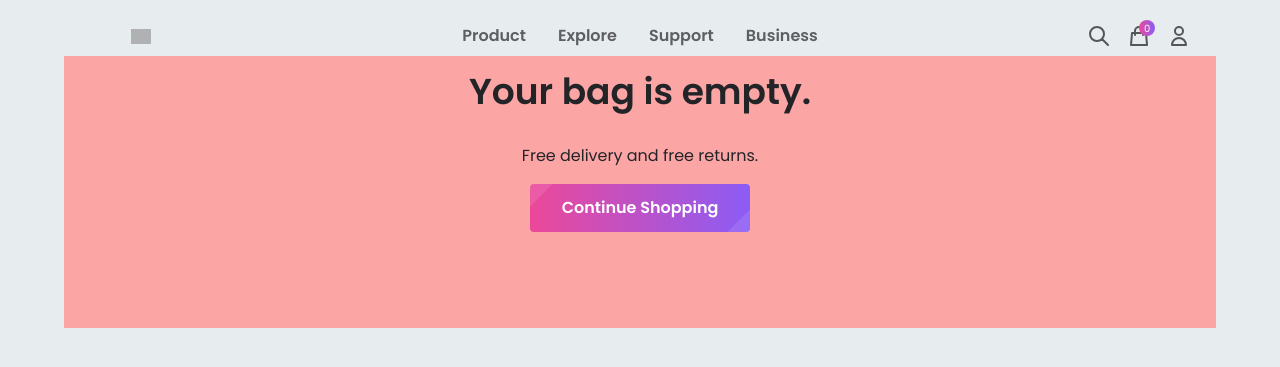
Repository: aliamini1422/semiAppleSite
Page: /checkout
An editor plug-in stored every save of this project. The page is shown before and after the next save, followed by the edit.
The browser window is 1280 px wide. The pictures show the whole page.
Pictures or frames that could not be fetched are drawn as grey boxes. The page's requests for data from a server got no answer. The project was rebuilt for these pictures with package versions that can differ from the ones it lists, and the page was loaded fresh each time. The framework's server and built-in components were replaced by stand-ins that run in the browser. No one was signed in, and anything a server would have sent is missing. Also part of the build but not shown: next.config.js, sanity.js, components/CheckoutProduct.tsx.

Above is the page before, as saved 2022-09-05 02:42:13.

After the next save:
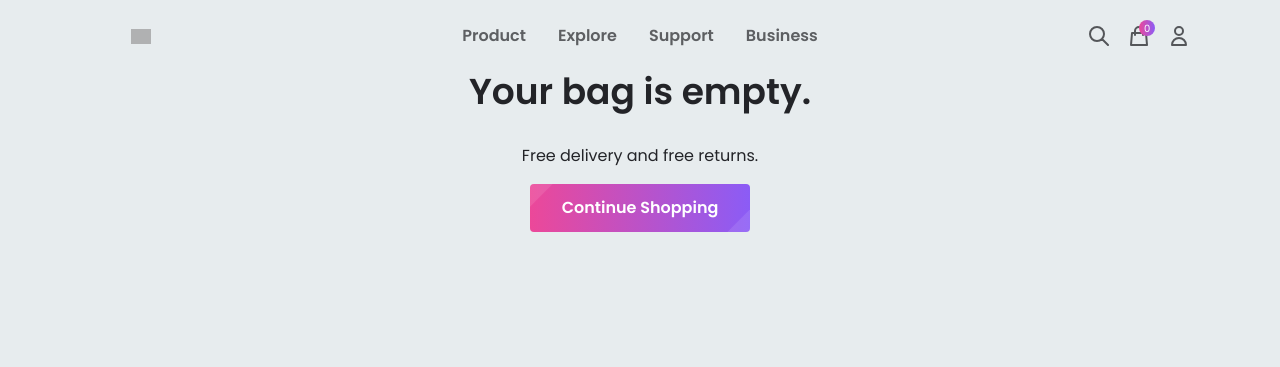
Saved 19 s later.
--- a/pages/checkout.tsx
+++ b/pages/checkout.tsx
@@ -26,7 +26,7 @@ function checkout() {
   return (
     <div className=' min-h-screen overflow-hidden bg-[#E7ECEE] '>
         <Header />
-        <main className='mx-auto bg-red-300 max-w-6xl pb-24 flex flex-col items-center '>
+        <main className='mx-auto max-w-6xl pb-24 flex flex-col items-center '>
             <div className='px-5 '>
                 <h1 className='my-4 text-3xl font-semibold lg:text-4xl'>{items.length > 0 ? "Review your bag" : "Your bag is empty."}</h1>
             </div>
